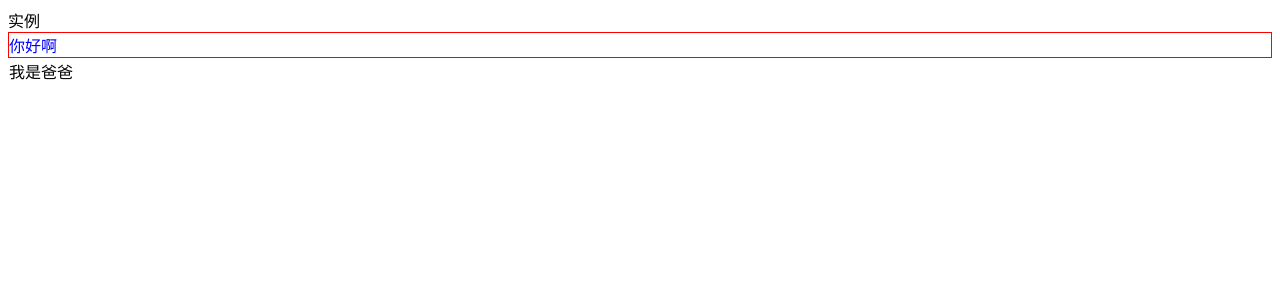
Repository: chenguocan/dom_demo
Page: src/index.html
These files come from the project's save history. The page is drawn as it stood at one moment and after the next save; the edit follows.
The browser window is 1280 px wide. The pictures show the whole page.

Above is the page before, as saved 2020-08-07 16:14:05.

After the next save:
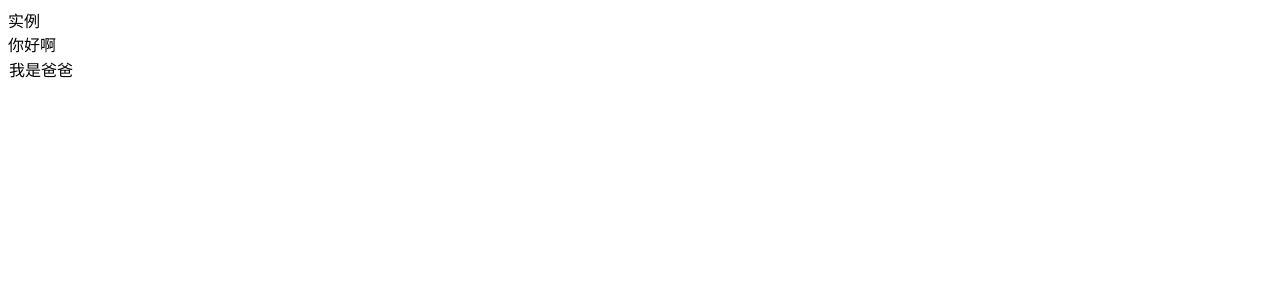
Console error: ReferenceError: string is not defined
Saved 57 s later.
--- a/src/dom.js
+++ b/src/dom.js
@@ -69,8 +69,11 @@
         }
     },
     style(node, object) {
-        for (let key in object) {
-            node.style[key] = object[key];
+        if (arguments.length === 2) {
+            if (object === string)
+                for (let key in object) {
+                    node.style[key] = object[key];
+                }
         }
     }
 };

After the 5 saves that followed:
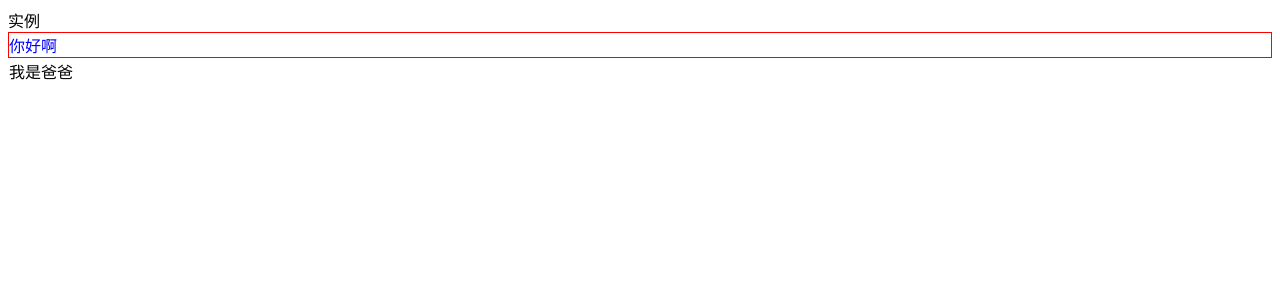
The error is gone.
The 5 saves are shown as one change because 4 left the picture as it was.
The last was saved 4 min 33 s later.
--- a/src/dom.js
+++ b/src/dom.js
@@ -68,12 +68,17 @@
             return node.innerHTML;
         }
     },
-    style(node, object) {
+    style(node, name, value) {
         if (arguments.length === 2) {
-            if (object === string)
-                for (let key in object) {
-                    node.style[key] = object[key];
+            if (typeof name === "string") {
+                return node.style[name];
+            } else if (name instanceof Object) {
+                for (let key in name) {
+                    node.style[key] = name[key];
                 }
+            }
+        } else if (arguments.length === 3) {
+            node.style[name] = value;
         }
     }
 };
